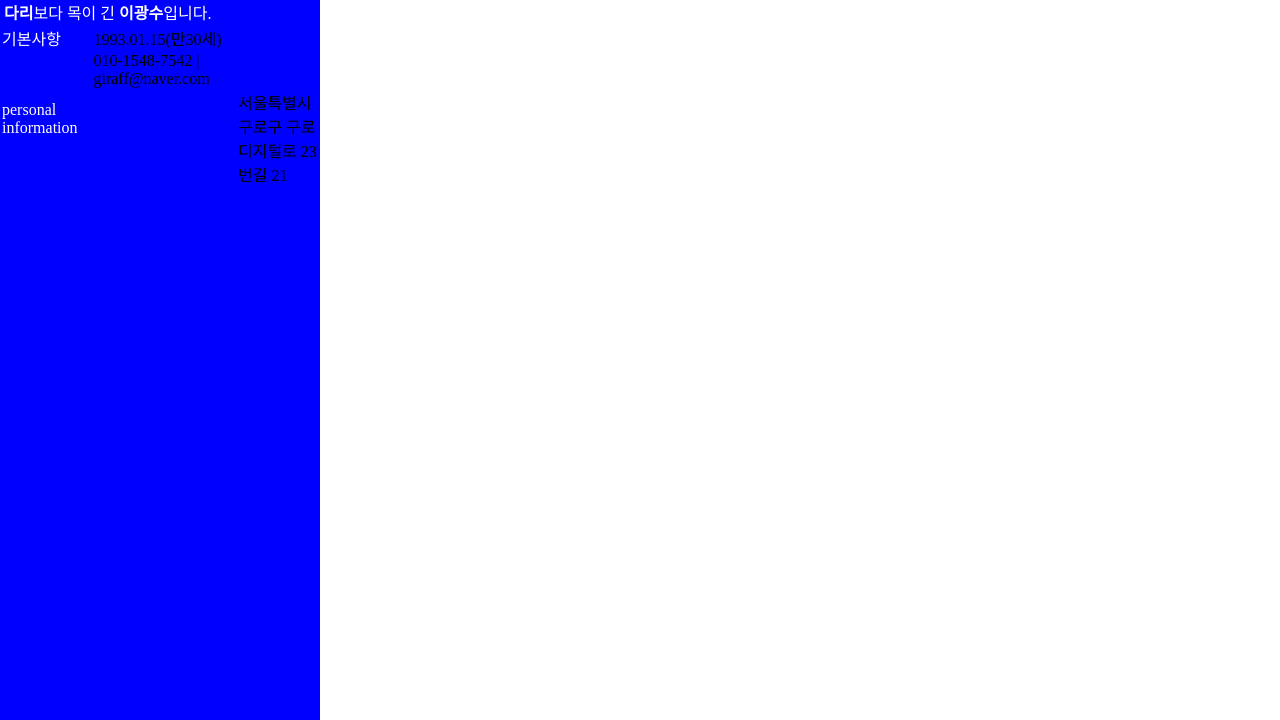
Repository: marudaga/html-css-lecture
Page: work/study/src/main/webapp/htmlEx/ch04/myQuiz2.html
These files come from the project's save history. The page is drawn as it stood at one moment and after the next save; the edit follows.
The browser window is 1280 px wide. The pictures show the whole page.

Above is the page before, as saved 2022-09-07 08:16:03.

### work/study/src/main/webapp/htmlEx/ch04/myQuiz2.html
<!DOCTYPE html>
<html>
<head>
<meta charset="UTF-8">
<title>Insert title here</title>
<style type="text/css">
*{	margin:0;
	padding:0;}
.background {
	background-color: blue;
	width: 25%;
	height: 100vh;
}
.table td:nth-child(1),span {
border-bottom:white;
border-top:white;
color: white;
}
.table
</style>
</head>
<body>
	<div class="background">
	<span class="사진">
	<img src="">
	</span>
	<span id="bigtitle"><b>다리</b>보다 목이 긴</span>
	<span id="bigtitle"><b>이광수</b>입니다.</span>
		<table class="table">
			<tr>
				<td>기본사항</td>
				<td>1993.01.15(만30세)</td>
			</tr>
			<tr>
				<td rowspan="2">personal information</td>
				<td>010-1548-7542 | giraff@naver.com</td>
			</tr>
			<tr>
				<td></td>
				<td>서울특별시 구로구 구로디지털로 23번길 21</td>
			</tr>
		</table>
		<table class="table">
			<tr>
				<td></td>
				<td></td>
				<td></td>
			</tr>
			<tr>
				<td></td>
				<td></td>
				<td></td>
			</tr>

			<tr>
				<td></td>
				<td></td>
				<td></td>
			</tr>

			<tr>
				<td></td>
				<td></td>
				<td></td>
			</tr>
		</table>

	</div>
</body>
</html>

After the next save:
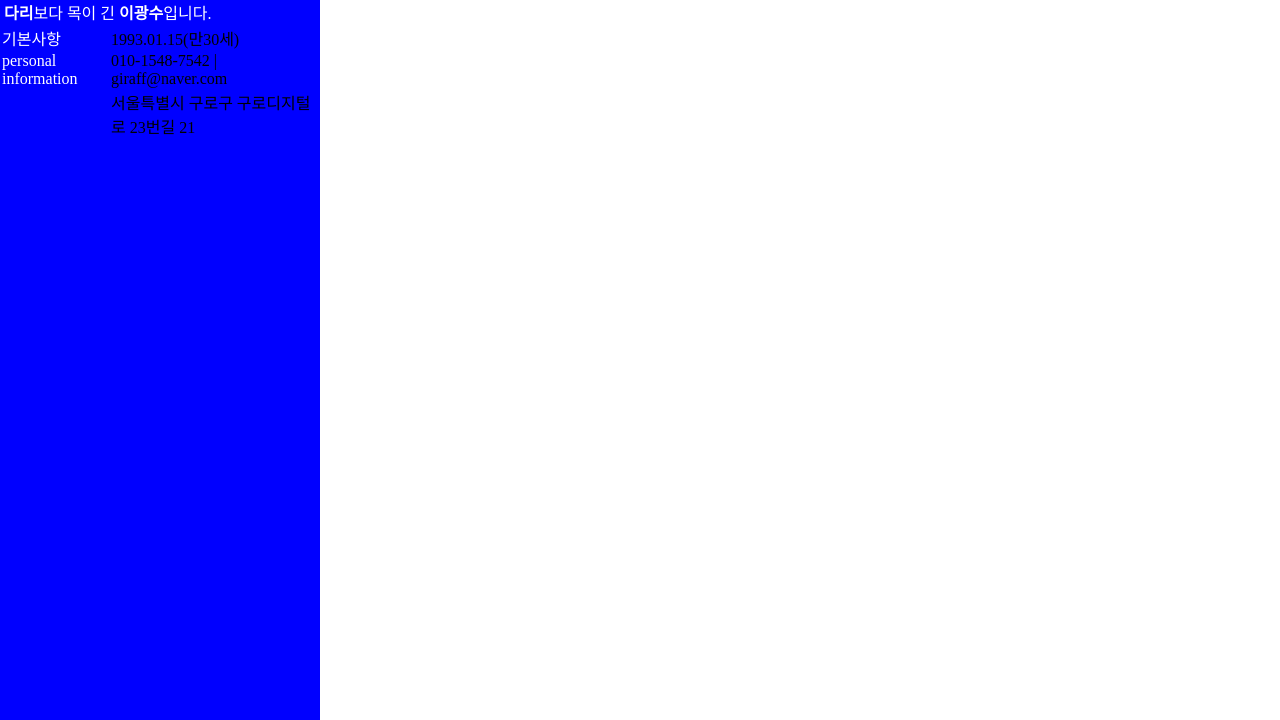
Saved 7 s later.
--- a/work/study/src/main/webapp/htmlEx/ch04/myQuiz2.html
+++ b/work/study/src/main/webapp/htmlEx/ch04/myQuiz2.html
@@ -32,7 +32,7 @@ color: white;
 				<td>1993.01.15(만30세)</td>
 			</tr>
 			<tr>
-				<td rowspan="2">personal information</td>
+				<td>personal information</td>
 				<td>010-1548-7542 | giraff@naver.com</td>
 			</tr>
 			<tr>
